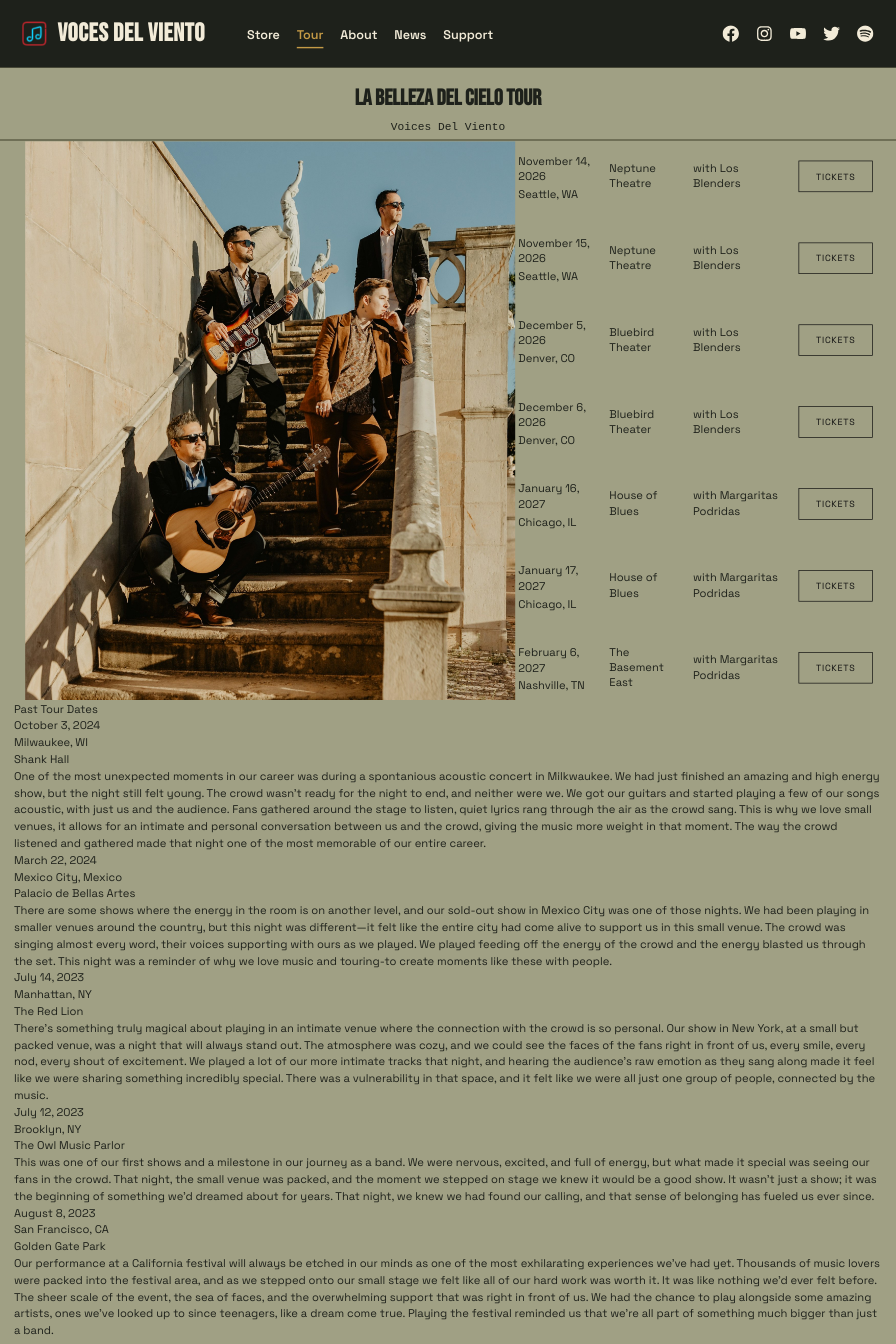
Repository: lime929/voices-del-viento
Page: /tour
These files come from the project's save history. The page is drawn as it stood at one moment and after a run of saves; the edit follows.
The browser window is 1280 px wide. The pictures show the part of the page from y = 0 to 1920 px (the page is 10001 px tall before and 9957 px after), at 70% of full size.
An inner scrolling area shows only its first screen. The project was rebuilt for these pictures with package versions that can differ from the ones it lists, and the page was loaded fresh each time. The framework's server and built-in components were replaced by stand-ins that run in the browser. Also part of the build but not shown: next.config.mjs.

Above is the page before, as saved 2026-09-14 14:59:02.

After the next 3 saves:
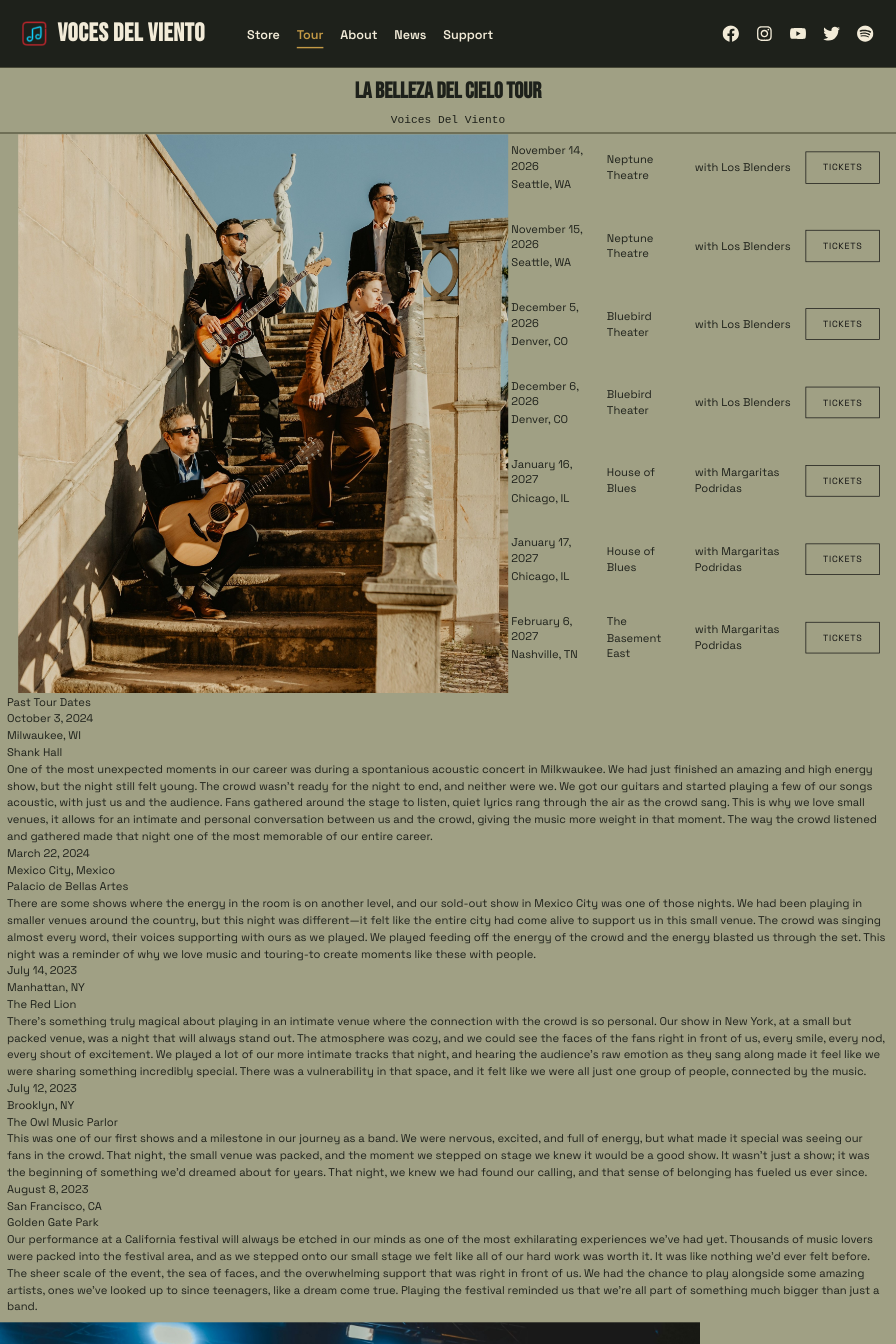
The 3 saves are shown as one change because they came seconds apart.
The last was saved 2 min 49 s later.
--- a/app/tour/page.module.css
+++ b/app/tour/page.module.css
@@ -2,7 +2,7 @@
 .tourContainer {
   display: flex;
   flex-direction: column;
-  padding: 20px;
+  padding: 10px;
   background-color: var(--color-band-bg);
 }
 .tourHeader {
@@ -11,7 +11,6 @@
     width: 100vw;
     margin-left: calc(50% - 50vw);
     box-sizing: border-box;
-
 }
 
 .bandName {
@@ -75,7 +74,6 @@
   display: flex;
   flex-direction: column;
   gap: 0.2rem;
-  margin-top: 5px;
 }
 
 .tourDateCell,
